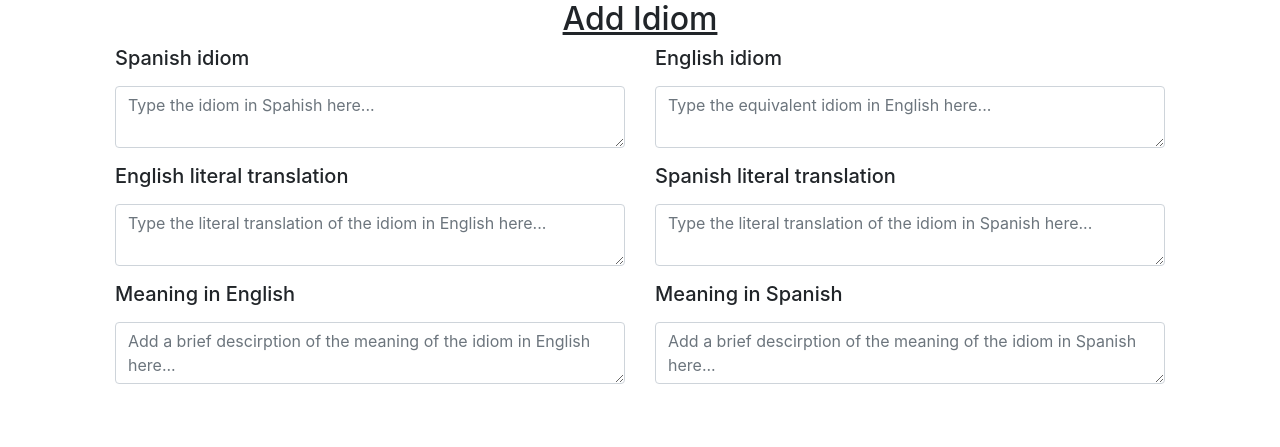
Repository: JK27/idioms-english-spanish
Page: http://localhost/add_idiom
The author's editor kept a record of every edit. The page is drawn from the files as they stood at one moment, then again after the next edit.
The browser window is 1280 px wide. The pictures show the whole page.
The page is served by the project's application, run on Flask 3 (idioms.py).

Above is the page before.
Console error: TypeError: Cannot read properties of undefined (reading 'fn')

After the next edit:
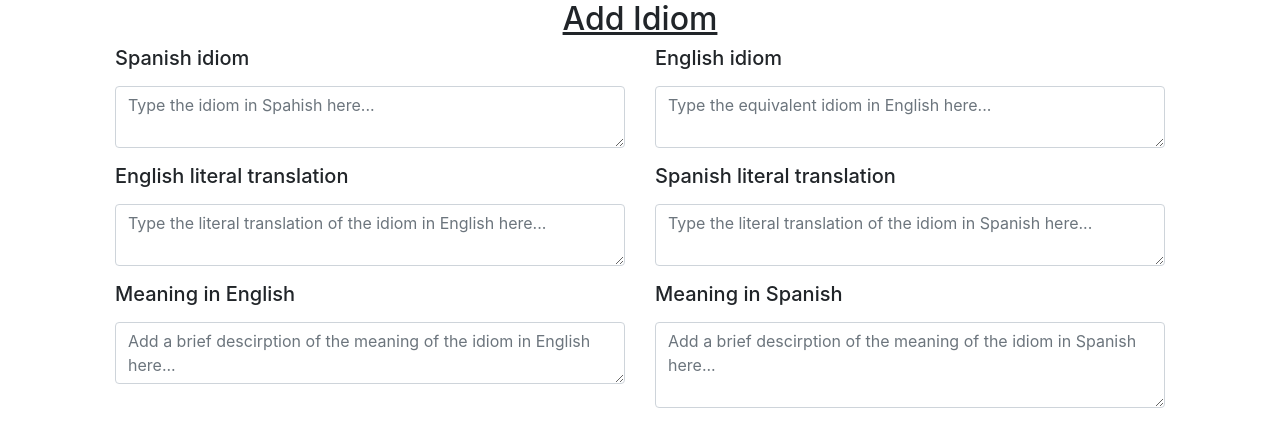
The edit:
--- a/templates/addidiom.html
+++ b/templates/addidiom.html
@@ -35,7 +35,7 @@
                 </div>
                 <div class="form-group">
                     <label for="meaning-spanish"><h5>Meaning in Spanish</h5></label>
-                    <textarea class="form-control" id="exampleFormControlTextarea1" rows="2" placeholder="Add a brief descirption of the meaning of the idiom in Spanish here..."></textarea>
+                    <textarea class="form-control" id="exampleFormControlTextarea1" rows="3" placeholder="Add a brief descirption of the meaning of the idiom in Spanish here..."></textarea>
                 </div>
             </div>
 
